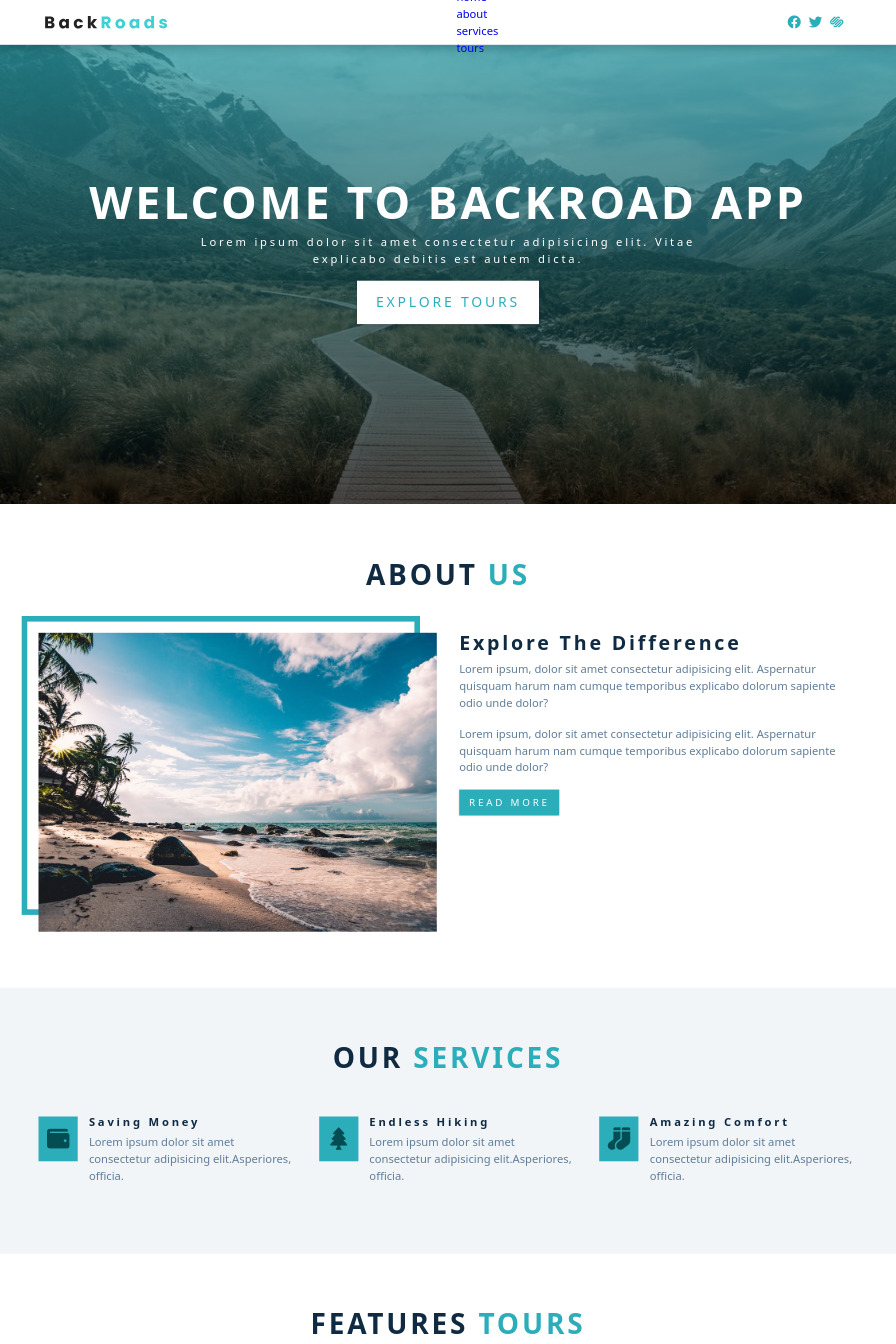
Repository: shivyank121/backRoad-app
Page: /
The author's editor kept a copy of each file at every save. The page is drawn from the files as they stood at one save, then again after the next save.
The browser window is 1280 px wide. The pictures show the part of the page from y = 0 to 1920 px (the page is 3411 px tall), at 70% of full size.
Some web libraries are served in a nearby version. The project was rebuilt for these pictures with package versions that can differ from the ones it lists, and the page was loaded fresh each time.

Above is the page before, as saved 2023-08-21 18:55:09.

### public/index.html
<!DOCTYPE html>
<html lang="en">
  <head>
    <meta charset="utf-8" />
    <link rel="icon" href="%PUBLIC_URL%/favicon.ico" />
    <meta name="viewport" content="width=device-width, initial-scale=1" />
    <meta name="theme-color" content="#000000" />
    <meta
      name="description"
      content="Web site created using create-react-app"
    />
    <link rel="apple-touch-icon" href="%PUBLIC_URL%/logo192.png" />
    <!--
      manifest.json provides metadata used when your web app is installed on a
      user's mobile device or desktop. See https://developers.google.com/web/fundamentals/web-app-manifest/
    -->
    <link rel="manifest" href="%PUBLIC_URL%/manifest.json" />
    <!--
      Notice the use of %PUBLIC_URL% in the tags above.
      It will be replaced with the URL of the `public` folder during the build.
      Only files inside the `public` folder can be referenced from the HTML.

      Unlike "/favicon.ico" or "favicon.ico", "%PUBLIC_URL%/favicon.ico" will
      work correctly both with client-side routing and a non-root public URL.
      Learn how to configure a non-root public URL by running `npm run build`.
    -->

    <link
    rel="stylesheet"
    href="https://cdnjs.cloudflare.com/ajax/libs/font-awesome/5.12.0/css/all.min.css"
    integrity="sha512-c93ifPoTvMdEJH/rKIcBx//AL1znq9+4/RmMGafI/vnTFe/dKwnn1uoeszE2zJBQTS1Ck5CqSBE+34ng2PthJg=="
    crossorigin="anonymous"
    referrerpolicy="no-referrer"
  />

    <title>Backroad </title>
  </head>
  <body>
    <noscript>You need to enable JavaScript to run this app.</noscript>
    <div id="root"></div>
    <!--
      This HTML file is a template.
      If you open it directly in the browser, you will see an empty page.

      You can add webfonts, meta tags, or analytics to this file.
      The build step will place the bundled scripts into the <body> tag.

      To begin the development, run `npm start` or `yarn start`.
      To create a production bundle, use `npm run build` or `yarn build`.
    -->
  </body>
</html>

### src/App.js
import { About } from "./components/About";
import { Footer } from "./components/Footer";
import { Hero } from "./components/Hero";
import { Navbar } from "./components/Navbar";
import { Services } from "./components/Services";
import { Tours } from "./components/Tours";

function App() {
  return (
    <>
      <Navbar />
      <Hero />
      <About />
      <Services />
      <Tours />
      <Footer />
    </>
  );
}

export default App;

### src/components/About.js
import React from 'react'
import aboutImg from "../images/about.jpeg"
import Title from './Title'

export const About = () => {
  return (

    <section className="section" id="about">

        <Title title='about' subtitle='us' />

      <div className="section-center about-center">
        <div className="about-img">
          <img
            src={aboutImg}
            className="about-photo"
            alt="awesome beach"
          />
        </div>
        <article className="about-info">
          <h3>explore the difference</h3>
          <p>
            Lorem ipsum, dolor sit amet consectetur adipisicing elit. Aspernatur
            quisquam harum nam cumque temporibus explicabo dolorum sapiente odio
            unde dolor?
          </p>
          <p>
            Lorem ipsum, dolor sit amet consectetur adipisicing elit. Aspernatur
            quisquam harum nam cumque temporibus explicabo dolorum sapiente odio
            unde dolor?
          </p>
          <a href="#to" className="btn"  >read more</a>
        </article>
      </div>
    </section>
  )
}

### src/components/Footer.js
import React from "react";
import { pageLinks, socialLinks } from "../data";
import Sociallinks from "./Sociallinks";
import Navlinks from "./Navlinks";

export const Footer = () => {
  return (
    <footer className="section footer">

        <Navlinks />

      <ul className="footer-icons">
        {socialLinks.map((link) => {
          return (
            <Sociallinks key={link.id} {...link} itemClass="footer-icon" />
          );
        })}
      </ul>
      <p className="copyright">
        copyright &copy; Backroads App tours company 2023
        <span id="date"></span> all rights reserved
      </p>
    </footer>
  );
};

### src/components/Hero.js
import React from 'react'

export const Hero = () => {
  return (
    <section className="hero" id="home">
      <div className="hero-banner">
        <h1>Welcome to Backroad App</h1>
        <p>
          Lorem ipsum dolor sit amet consectetur adipisicing elit. Vitae
          explicabo debitis est autem dicta.
        </p>
        <a href="#tours" className="btn hero-btn">explore tours</a>
      </div>
    </section>

  )
}

### src/components/Navbar.js
import React from "react";
import logo from "../images/logo.svg";
import {  socialLinks } from "../data";
import Sociallinks from "./Sociallinks";
import Navlinks from "./Navlinks";

export const Navbar = () => {
  return (
    <nav className="navbar">
      <div className="nav-center">
        <div className="nav-header">
          <img src={logo} className="nav-logo" alt="backroads" />
          <button type="button" className="nav-toggle" id="nav-toggle">
            <i className="fas fa-bars"></i>
          </button>
        </div>
        {/* <!-- left this comment on purpose --> */}
          <Navlinks />

        <ul className="nav-icons">
          {socialLinks.map((link) => {
            return <Sociallinks key={link.id} {...link} itemClass="nav-icon" />;
          })}
        </ul>
      </div>
    </nav>
  );
};

### src/components/Services.js
import React from "react";
import Title from "./Title";
import { services } from "../data.js";
import Service from "./Service";

export const Services = () => {
  return (
    <section className="section services" id="services">
      <div className="section-title">
        <Title title="Our" subtitle="services" />
      </div>
      <div className="section-center services-center">
        {services.map((service) => {
          return <Service key={service.id} {...service} />;
        })}
      </div>
    </section>
  );
};

### src/components/Tours.js
import React from 'react'
import Title from './Title'
import { tours } from '../data'
import Tour from './Tour'

export const Tours = () => {
  return (
    <section className="section" id="tours">
    <div className="section-title">
    <Title title='Features' subtitle='tours' />
    </div>

    <div className="section-center featured-center">

      {tours.map((tour)=>{

      return(
       <Tour key={tour.id} {...tour} />
      )
      })}


    </div>
  </section>
  )
}

### src/components/Title.js
import React from 'react'

const Title = ({title, subtitle}) => {
  return (
    <div className="section-title">
        <h2>{title} <span>{subtitle}</span></h2>
      </div>
  )
}

export default Title

### src/data.js
import tour1 from './images/tour-1.jpeg'
import tour2 from './images/tour-2.jpeg'
import tour3 from './images/tour-3.jpeg'
import tour4 from './images/tour-4.jpeg'
import tour5 from './images/tour-5.jpeg'
import tour6 from './images/tour-6.jpeg'




export const pageLinks = [
  { id: 1, href: "#home", text: "home" },
  { id: 2, href: "#about", text: "about" },
  { id: 3, href: "#services", text: "services" },
  { id: 4, href: "#tours", text: "tours" },
];

export const socialLinks = [
  { id: 1, href: "https://www.twitter.com", icon: "fab fa-facebook" },
  { id: 2, href: "https://www.twitter.com", icon: "fab fa-twitter" },
  { id: 3, href: "https://www.twitter.com", icon: "fab fa-squarespace" },
];

export const services = [
  {
    id: 1,
    icon: "fas fa-wallet fa-fw",
    title: "saving money",
    text: "  Lorem ipsum dolor sit amet consectetur adipisicing elit.Asperiores, officia.",
  },
  {
    id: 2,
    icon: "fas fa-tree fa-fw",
    title: "endless hiking",
    text: "  Lorem ipsum dolor sit amet consectetur adipisicing elit.Asperiores, officia.",
  },
  {
    id: 3,
    icon: "fas fa-socks fa-fw",
    title: "amazing comfort",
    text: "  Lorem ipsum dolor sit amet consectetur adipisicing elit.Asperiores, officia.",
  },

];

export const tours = [
{
    id:1,
    img:tour1,
    date:'august 26th, 2020',
    title:'Tibet Adventure',
    info:'  Lorem ipsum dolor sit amet, consectetur adipisicing elit. Cumquevitae tempore voluptatum maxime reprehenderit eum quodexercitationem fugit, qui corporis.',
    location:'china',
    duration:'6 days',
    price:'from $2100',

},
{
    id:2,
    img:tour2,
    date:'october 1th, 2020',
    title:'best of java',
    info:'  Lorem ipsum dolor sit amet, consectetur adipisicing elit. Cumquevitae tempore voluptatum maxime reprehenderit eum quodexercitationem fugit, qui corporis.',
    location:'indonesia',
    duration:'11 days',
    price:'from $1400',

},
{
    id:3,
    img:tour3,
    date:'september 15th, 2020',
    title:' explore hong kong',
    info:'  Lorem ipsum dolor sit amet, consectetur adipisicing elit. Cumquevitae tempore voluptatum maxime reprehenderit eum quodexercitationem fugit, qui corporis.',
    location:' hong kong',
    duration:'8 days',
    price:'from $5100',

},
{
    id:4,
    img:tour4,
    date:'december 5th, 2019',
    title:'kenya highlights',
    info:'  Lorem ipsum dolor sit amet, consectetur adipisicing elit. Cumquevitae tempore voluptatum maxime reprehenderit eum quodexercitationem fugit, qui corporis.',
    location:'kenya',
    duration:'20 days',
    price:'from $3100',

},
{
    id:5,
    img:tour5,
    date:'May 26th, 2021',
    title:'Africa Wild life',
    info:'  Lorem ipsum dolor sit amet, consectetur adipisicing elit. Cumquevitae tempore voluptatum maxime reprehenderit eum quodexercitationem fugit, qui corporis.',
    location:'Africa',
    duration:'4 days',
    price:'from $1200',

},
{
    id:6,
    img:tour6,
    date:'july 26th, 2021',
    title:'Indian Heritage',
    info:'  Lorem ipsum dolor sit amet, consectetur adipisicing elit. Cumquevitae tempore voluptatum maxime reprehenderit eum quodexercitationem fugit, qui corporis.',
    location:'India',
    duration:'8 days',
    price:'from $1500',

}

]

### src/components/Sociallinks.js
import React from 'react'

const Sociallinks = ({href, icon, itemClass}) => {
  return (
    <li>
    <a
      href={href}
      target="_blank"
      rel="noreferrer"
      className={itemClass}
    >
      <i className={icon}></i>
    </a>
  </li>
  )
}

export default Sociallinks

### src/components/Navlinks.js
import React from "react";
import { pageLinks } from "../data";


const Navlinks = ({parentClass, itemClass}) => {
  return (
    <ul className={parentClass} id="nav-links">
    {pageLinks.map((link) => {
      return (
        <li key={link.id}>
          <a href={link.href} className={itemClass}>
            {link.text}
          </a>
        </li>
      );
    })}
  </ul>
  );
};

export default Navlinks;

### src/components/Service.js
import React from 'react'

const Service = ({ icon, title, text}) => {
  return (
    <article className="service" >
    <span className="service-icon"><i className={icon}></i></span>
    <div className="service-info">
      <h4 className="service-title">{title}</h4>
      <p className="service-text">
        {text}
      </p>
    </div>
  </article>
  )
}

export default Service

### src/components/Tour.js
import React from 'react'

const Tour = ({id, img, date,title,info, location,duration,price}) => {
  return (
    <article className="tour-card" key={id}>
    <div className="tour-img-container">
      <img src={img} className="tour-img" alt="" />
      <p className="tour-date">{date}</p>
    </div>
    <div className="tour-info">
      <div className="tour-title">
        <h4>{title}</h4>
      </div>
      <p>
        {info}
      </p>
      <div className="tour-footer">
        <p>
          <span><i className="fas fa-map"></i></span> {location}
        </p>
        <p>{duration}</p>
        <p>{price}</p>
      </div>
    </div>
  </article>
  )
}

export default Tour

Loaded but not shown: src/index.js (common file); src/index.css (common file)

After the next save:
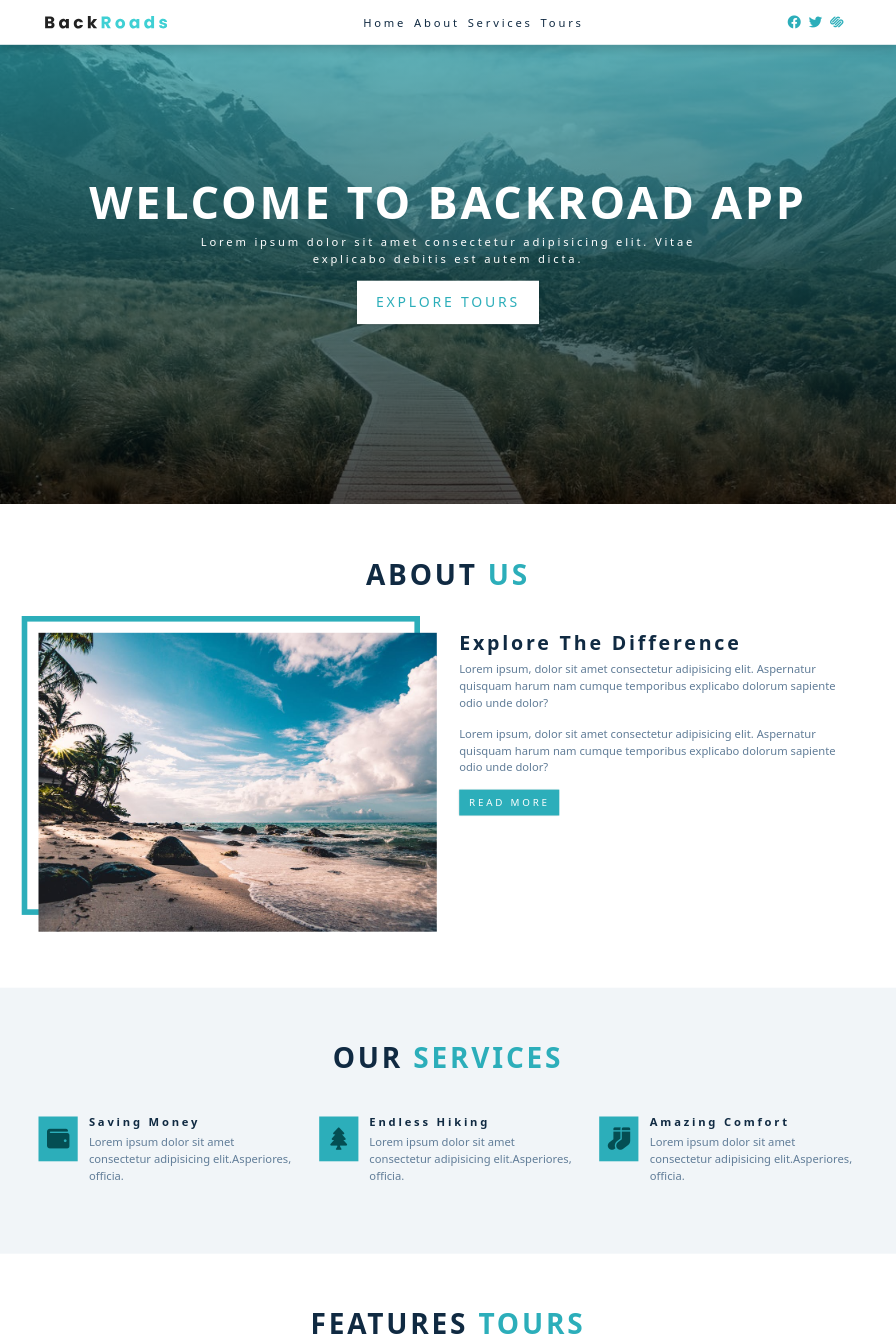
Saved 72 s later.
--- a/src/components/Navbar.js
+++ b/src/components/Navbar.js
@@ -15,7 +15,7 @@ export const Navbar = () => {
           </button>
         </div>
         {/* <!-- left this comment on purpose --> */}
-          <Navlinks />
+          <Navlinks parentClass="nav-links" itemClass="nav-link" />
 
         <ul className="nav-icons">
           {socialLinks.map((link) => {
